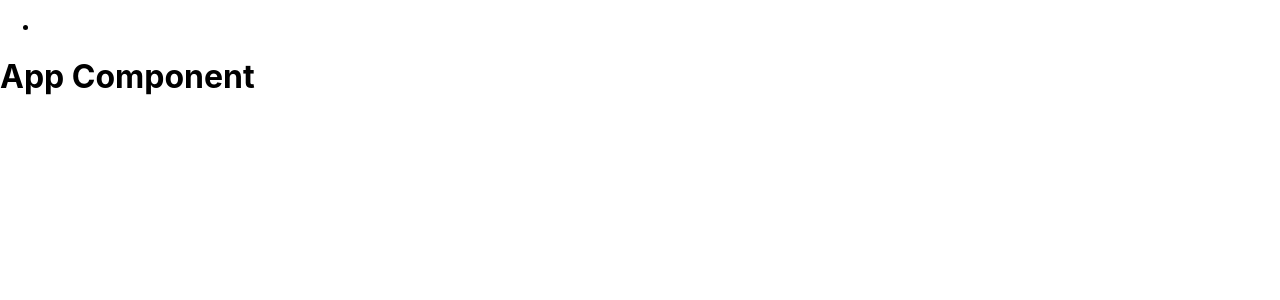
Repository: Akshaykulkarni995/React-Routes
Page: / (app in react-routers/)
The author's editor kept a copy of each file at every save. The page is drawn from the files as they stood at one save, then again after a run of saves.
The browser window is 1280 px wide. The pictures show the whole page.
The project was rebuilt for these pictures with package versions that can differ from the ones it lists, and the page was loaded fresh each time. Also part of the build but not shown: react-routers/src/user.js, react-routers/src/visit.js, react-routers/src/notfound.js.

Above is the page before, as saved 2021-02-28 18:12:27.

After the next 2 saves:
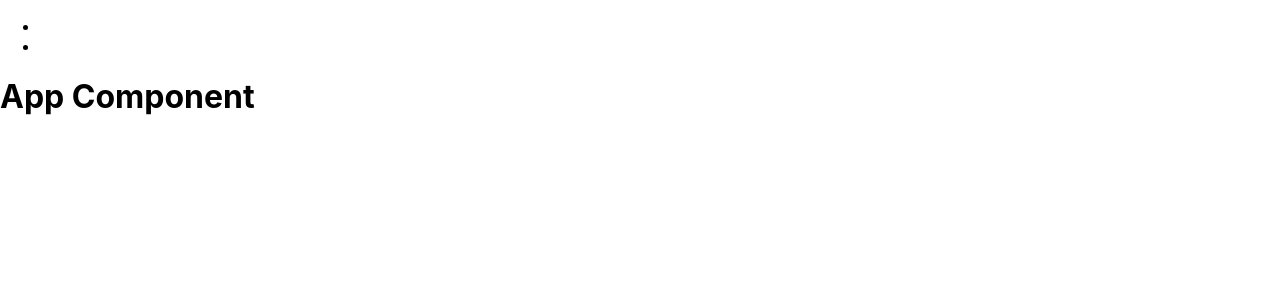
The 2 saves are shown as one change because they came seconds apart.
The last was saved 8 s later.
--- a/react-routers/src/index.js
+++ b/react-routers/src/index.js
@@ -15,6 +15,9 @@ const routing = (
         <li>
 
         </li>
+        <li>
+
+        </li>
       </ul>
     </div>
     <Switch>
